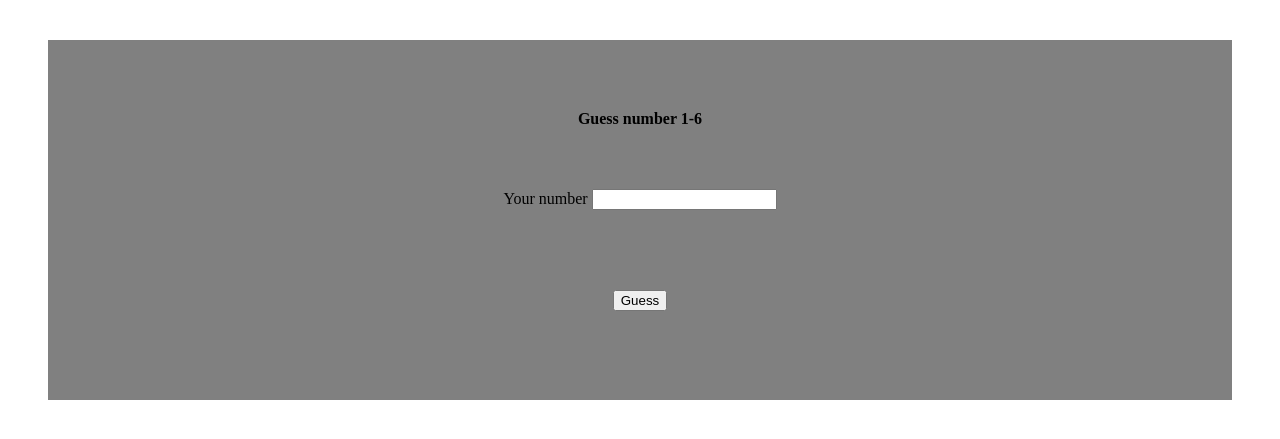
Repository: Ironicmanx/HTMLFILES
Page: Javascript/guessNumber/guess.html
These files come from the project's save history. The page is drawn as it stood at one moment and after the next save; the edit follows.
The browser window is 1280 px wide. The pictures show the whole page.

Above is the page before, as saved 2024-02-05 20:15:38.

After the next save:
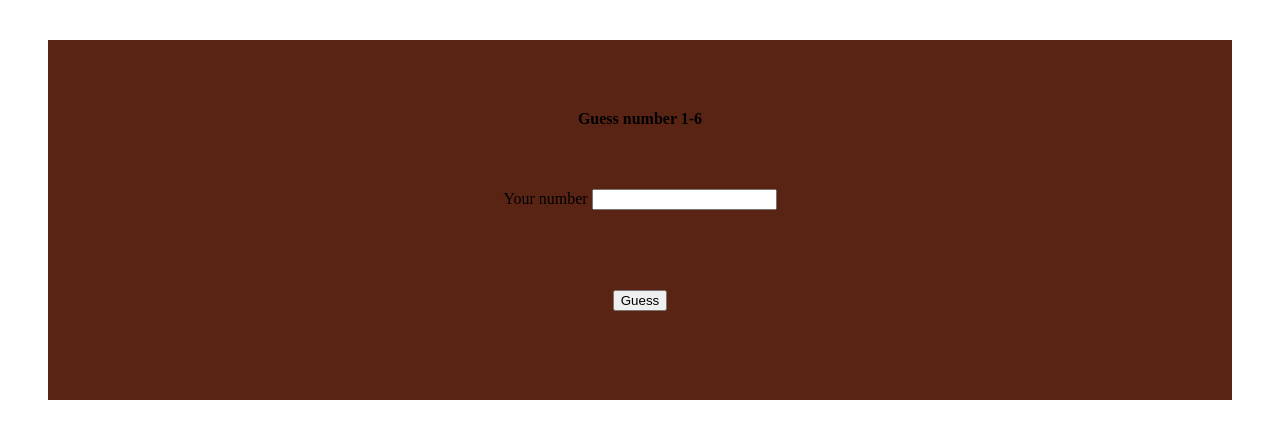
Saved 12 s later.
--- a/Javascript/guessNumber/guess.css
+++ b/Javascript/guessNumber/guess.css
@@ -1,7 +1,7 @@
 
 div#container{
     color: #000;
-    background-color: gray;
+    background-color: rgb(90, 36, 20);
     height: 50vh;
     display: flex;
     flex-direction: column;
